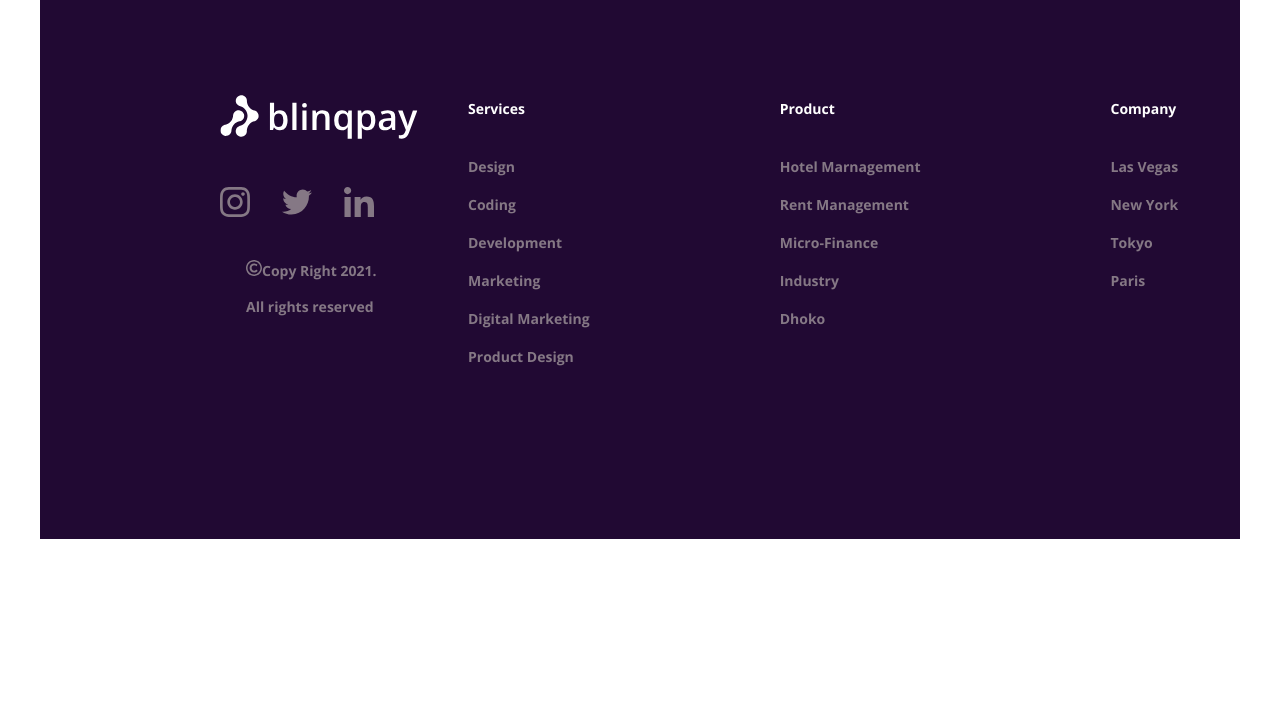
Repository: jabbarbergenoov/mobile-bling-py
Page: idnex.html
An editor plug-in stored every save of this project. The page is shown before and after the next save, followed by the edit.
The browser window is 1280 px wide. The pictures show the whole page.

Above is the page before, as saved 2025-04-17 19:08:01.

### idnex.html
<!DOCTYPE html>
<html lang="en">
<head>
    <meta charset="UTF-8">
    <meta name="viewport" content="width=device-width, initial-scale=1.0">
    <title>Document</title>
    <link rel="stylesheet" href="./style/styl.css">
</head>
<body>
    <header class="arslan">

    </header>
    <main>
        <section class="chingiz"></section>
        <section class="ulugbek"></section>
        <section class="bekzad"></section>
        <section class="maftuna"></section>
        <section class="aydos"></section>
    </main>
    <footer class="behruz">
        <div class="container">
            <div class="footer">
                <div class="boxa">
                  <img src="./images/Logo.svg" alt="" class="iimg">
                  <div class="df">
                  <img src="./images/insta.svg" alt="" class="insta">
                  <img src="./images/twiter.svg" alt="" class="twiter">
                  <img src="./images/in.svg" alt="" class="in">
                  </div>
                  <div class="gh">

                  <p class="ssd"><img src="./images/c.svg" alt="" class="iimg2">Copy Right 2021. <br><br>All rights reserved</p>
                  </div>
                </div>
                <div class="boxes">
                <div class="boxb">
                  <h2 class="word">Services</h2>
                  <p class="texts">Design</p>
                  <p class="texts">Coding</p>
                  <p class="texts">Development</p>
                  <p class="texts">Marketing</p>
                  <p class="texts">Digital Marketing</p>
                  <p class="texts">Product Design</p>
                </div>
                <div class="boxb">
                  <h2 class="word">Product</h2>
                  <p class="texts">Hotel Marnagement</p>
                  <p class="texts">Rent Management</p>
                  <p class="texts">Micro-Finance</p>
                  <p class="texts">Industry</p>
                  <p class="texts">Dhoko</p>
                </div>
                <div class="boxb">
                  <h2 class="word">Company</h2>
                  <p class="texts">Las Vegas</p>
                  <p class="texts">New York</p>
                  <p class="texts">Tokyo</p>
                  <p class="texts">Paris</p>
                </div>
                </div>
              </div>
            </div>
    </footer>
</body>
</html>

### style/styl.css
@import url(https://fonts.googleapis.com/css?family=Open+Sans:300,regular,500,600,700,800,300italic,italic,500italic,600italic,700italic,800italic);
* {
    margin: 0;
    padding: 0;
    box-sizing: border-box;
}
.container {
    padding: 0 15;
    width: 1200px;
    margin: 0 auto;
}
.footer {
    height: 689px;
    background: rgb(33, 9, 51);
    position: relative;
    bottom: 150px;
    display: flex;
    gap: 50px;
  }
  .iimg {
    padding-top: 242px;
    padding-left: 180px;
  }
  .df {
    display: flex;
    gap: 32px;
    padding-left: 180px;
    padding-top: 42px;
  }
  .gh {
    display: flex;
    gap: 2px;
    padding-left: 206px;
    padding-top: 43px;
  }

  .ssd {
    color: rgb(133, 120, 133);
    font-size: 14px;
    font-weight: 700;
    line-height: 128.6%;
    letter-spacing: 4%;
    font-family: Open Sans;
  }
  .word {
    color: rgb(255, 255, 255);
    font-size: 14px;
    font-weight: 700;
    line-height: 128.6%;
    letter-spacing: 4%;
    text-align: left;
    padding-bottom: 20px;
    font-family: Open Sans;

  }
  .texts {
    color: rgb(133, 120, 133);
    font-family: Open Sans;
    font-size: 14px;
    font-weight: 700;
    line-height: 128.6%;
    padding-top: 20px;
  }
  .boxb{
    padding-top: 250px;
  }
  .boxes{
    display: flex;
    gap: 190px;

  }

After the next save:
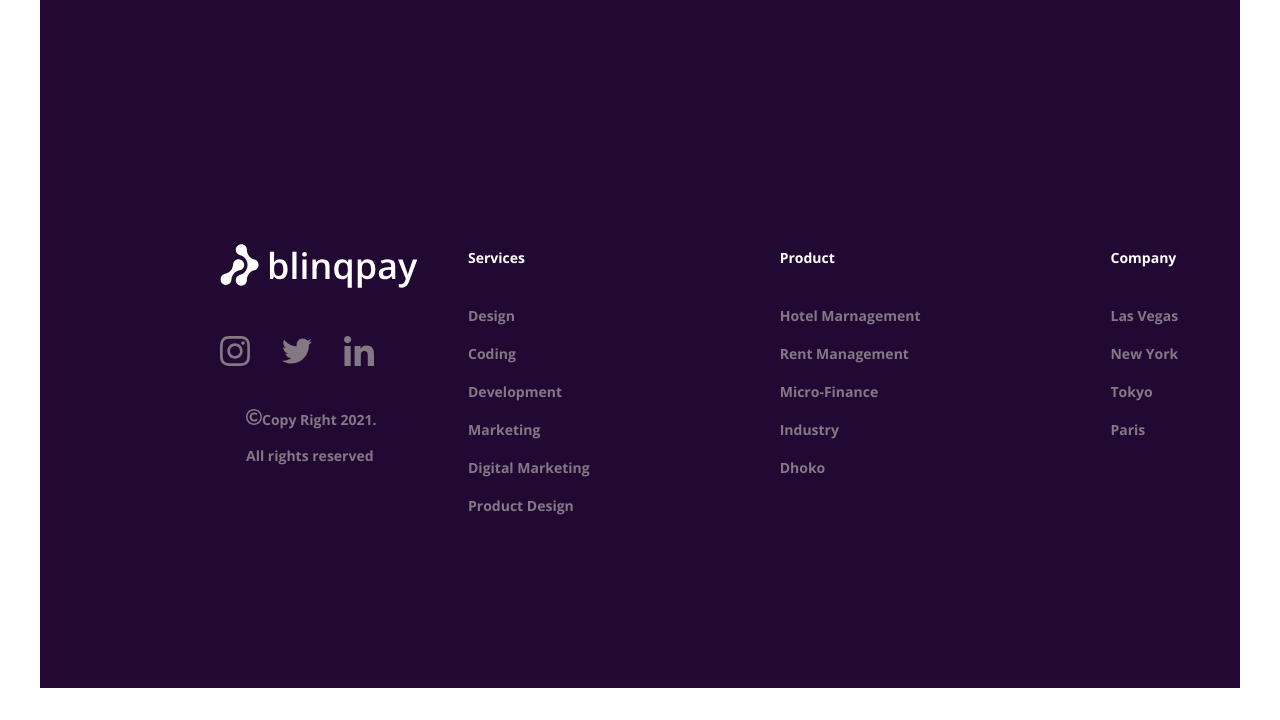
Saved 7 s later.
--- a/style/styl.css
+++ b/style/styl.css
@@ -13,7 +13,7 @@
     height: 689px;
     background: rgb(33, 9, 51);
     position: relative;
-    bottom: 150px;
+    bottom: 1px;
     display: flex;
     gap: 50px;
   }
